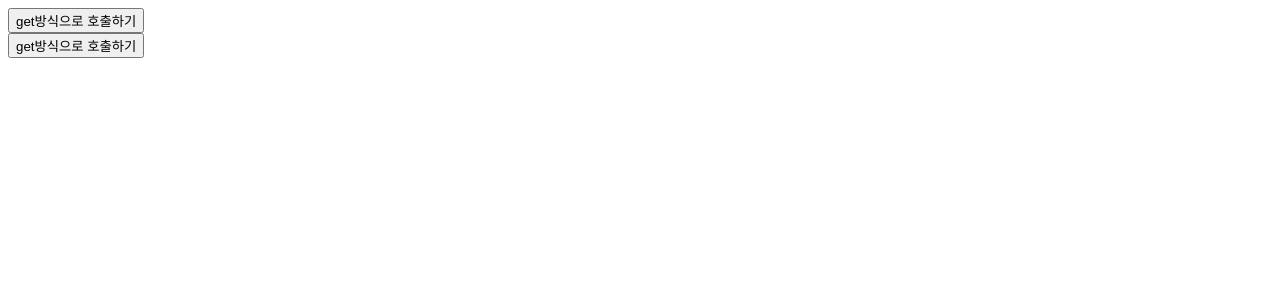
Repository: sinaboro/JSP201310
Page: http://localhost/web-study-02/04_method.jsp
The author's editor kept a copy of each file at every save. The page is drawn from the files as they stood at one save, then again after the next save.
The browser window is 1280 px wide. The pictures show the whole page.
The page is served by Tomcat 9.

Above is the page before, as saved 2023-10-10 05:37:06.

After the next save:
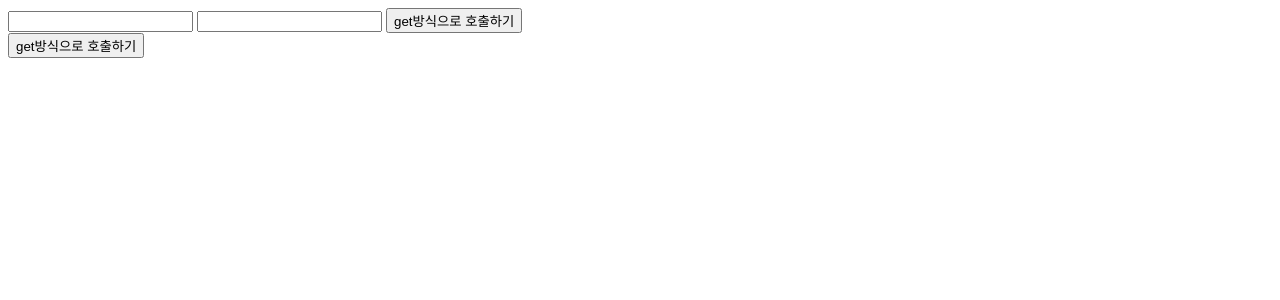
Saved 4 min 23 s later.
--- a/web-study-02/src/main/webapp/04_method.jsp
+++ b/web-study-02/src/main/webapp/04_method.jsp
@@ -9,6 +9,9 @@
 <body>
 
 	<form action="method" method="get">
+		<input type="text" name=id>
+		<input type="text" name="age">
+
 		<input type="submit" value="get방식으로 호출하기">
 	</form>
 
